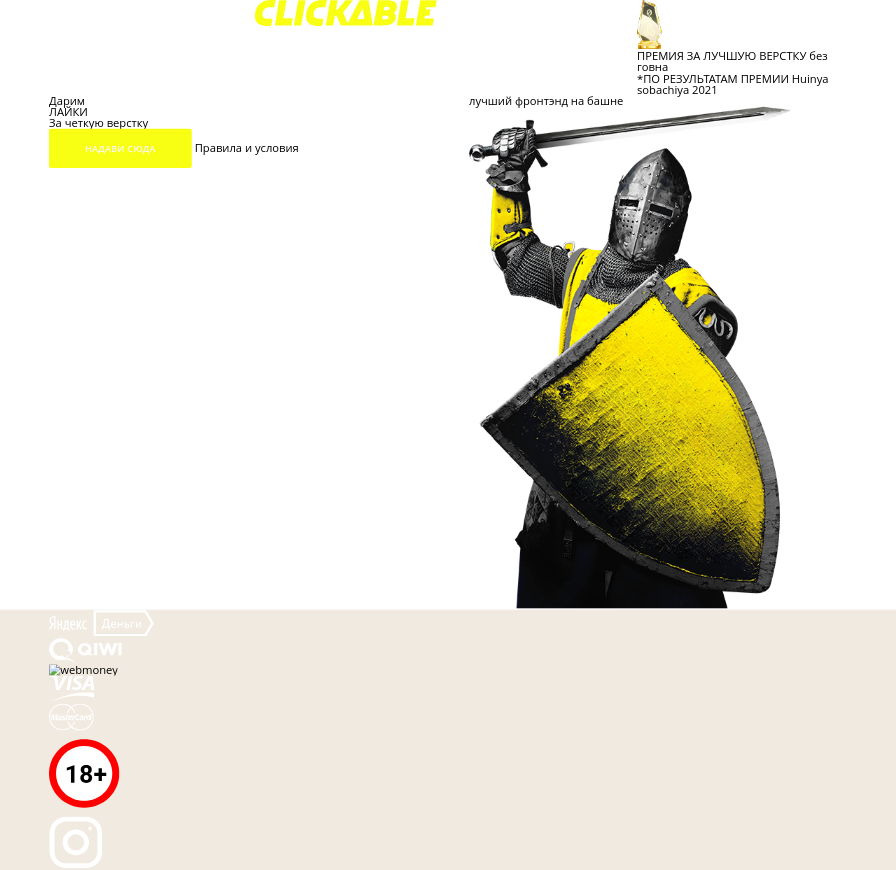
Repository: stanislavExtE/clickable_test
Page: app/index.html
These files come from the project's save history. The page is drawn as it stood at one moment and after the next save; the edit follows.
The browser window is 1280 px wide. The pictures show the part of the page from y = 0 to 1920 px (the page is 1243 px tall before and 4669 px after), at 70% of full size.
Some web fonts or font styles are not loaded; a fallback is used. The style sheet was rebuilt from its Sass, Less or Tailwind sources for each picture, by a compiler version that may differ from the author's.

Above is the page before, as saved 2021-01-12 17:16:40.

### app/index.html
<!DOCTYPE html>
<html xmlns="http://www.w3.org/1999/xhtml" lang="en">

<head>
	<meta http-equiv="Content-Type" content="text/html; charset=utf-8" />
	<meta name="format-detection" content="telephone=no">
	<meta name="viewport" content="width=device-width, initial-scale=1, maximum-scale=1">
	<title>Clickable - лучший фронтенд на башне</title>
	<link rel="icon" type="image/x-icon" href="favicon.ico" />
	<link rel="stylesheet" type="text/css" href="css/style.css" />
</head>

<body class="loaded">


	<!-- BEGIN BODY -->

	<div class="main-wrapper">

		<!-- BEGIN CONTENT -->

		<main class="content">
			<section class="info-section">
				<div class="wrapper">
					<div class="info">
						<a href="#" class="logo info__logo">
							<img src="img/logo.svg" alt="logo" class="logo__img">
						</a>
						<div class="slogan info__slogan">
							<div class="slogan__text">лучший фронтэнд на башне  </div>
							<img src="img/knight.png" alt="" class="slogan__knight">
						</div>
						<div class="cta info__cta">
							<div class="cta__title">
								Дарим
								<span class="accent" data-accent-word='Л'>
									<div class="accent__text">ЛАЙКИ</div>
								</span>
								За четкую верстку
							</div>
							<div class="cta__button-box">
								<a href="#" class="btn cta__btn">надави сюда</a>
								<a href="#" class="link cta__rules-link">Правила и условия</a>
							</div>
						</div>
						<div class="award info__award">
							<div class="award__prize">
								<img src="img/award.png" alt="award" class="award__prize-img">
							</div>
							<div class="award__info">
								<div class="award__title">ПРЕМИЯ ЗА ЛУЧШУЮ ВЕРСТКУ без говна</div>
								<div class="award__description">*ПО РЕЗУЛЬТАТАМ ПРЕМИИ Huinya sobachiya 2021</div>
							</div>
						</div>
						<div class="balls">
							<img src="img/ball.svg" alt="ball" class="ball ball_lg-size">
							<img src="img/ball.svg" alt="ball" class="ball">
							<img src="img/ball.svg" alt="ball" class="ball ball_sm">
						</div>
					</div>
				</div>
			</section>
		</main>

		<!-- CONTENT EOF   -->

		<!-- BEGIN HEADER -->

		<!-- <header class="header">
			<div class="wrapper"></div>
		</header> -->

		<!-- HEADER EOF   -->

		<!-- BEGIN FOOTER -->

		<footer class="footer">
			<div class="wrapper footer__wrapper">
				<div class="payments">
					<div class="payment"><img src="img/icons/yandex_money.svg" alt="yandex_money" class="payment-img"></div>
					<div class="payment"><img src="img/icons/qiwi.svg" alt="qiwi" class="payment-img"></div>
					<div class="payment"><img src="img/icons/webmoney.svg" alt="webmoney" class="payment-img"></div>
					<div class="payment"><img src="img/icons/visa.svg" alt="visa" class="payment-img"></div>
					<div class="payment"><img src="img/icons/mastercard.svg" alt="mastercard" class="payment-img"></div>
				</div>
				<div class="icons">
					<div class="icon"><img src="img/icons/pegi_18.svg" alt="pegi_18" class="icon__img"></div>
					<a href="#" class="icon"><img src="img/icons/insta.svg" alt="instagram" class="icon__img"></a>
				</div>
			</div>
		</footer>

		<!-- FOOTER EOF   -->

	</div>

	<div class="icon-load"></div>

	<!-- BODY EOF   -->

	<script src="js/jquery-3.5.1.min.js"></script>
	<script src="js/jquery-migrate-3.3.0.min.js"></script>
	<!--
	<script src="js/components/jquery.fancybox.js" ></script>
	<script src="js/components/jquery.formstyler.js" ></script>
	<script src="js/components/slick.js" ></script>
	<script src="js/components/jquery.mCustomScrollbar.js" ></script>
	-->
	<script src="js/custom.js"></script>
</body>

</html>

### app/scss/style.scss
@import "base/_reset";
@import "base/_fonts";
//@import "components/_jquery.formstyler";
//@import "components/_fancybox";
//@import "components/_slick";
//@import "components/_mCustomScrollbar";
@import "components/_bootstrap";
@import "layout/_repetitive";
@import "layout/_header";
@import "layout/_footer";
@import "layout/_content";

### app/scss/base/_reset.scss
@import '../utils/_mixins';
@import '../utils/_variables';

body {
	margin: 0px;
	padding: 0px;
	font-family: $base-font-family;
	background-color: $base-bg;
	height: 100%;
	line-height: 1;
	position: relative;
	font-size: $base-font-size!important;
	-webkit-font-smoothing: antialiased;
	-moz-osx-font-smoothing: grayscale;
}



/*MAIN*/
html, body, div, span, applet, object, iframe, h1, h2, h3, h4, h5, h6, p, blockquote, pre, a, abbr, acronym, address, big, cite, code,
del, dfn, em, img, ins, kbd, q, s, samp, small, strike, strong, sub, sup, tt, var, b, u, i, center, dl, dt, dd, ol, ul, li, fieldset,
form, label, legend, table, caption, tbody, tfoot, thead, tr, th, td, article, aside, canvas, details, embed, figure, figcaption, footer,
header, hgroup, menu, nav, output, ruby, section, summary, time, mark, audio, video {
	margin: 0; padding: 0; border: 0; font-size: 100%; outline: none;
    -webkit-tap-highlight-color: rgba(0, 0, 0, 0);

}

/* HTML5 display-role reset for older browsers */
article, aside, details, figcaption, figure, footer, header, hgroup, menu, nav, section, main {
	display: block;
}
blockquote, q {
	quotes: none;
}
blockquote:before,
blockquote:after,
q:before,
q:after {
	content: '';
	content: none;
}

table {
	border-collapse: collapse;
	border-width: 0px;
	padding: 0px;
	margin: 0px;
}

html {
	height: 100%;
	-webkit-text-size-adjust: none;
	-ms-text-size-adjust: none;
}

input,
textarea {
	color: #333;
	font-family: $base-font-family;
	outline: none;
	border-radius: 0;
	-moz-border-radius: 0;
	-webkit-border-radius: 0;
	-webkit-appearance: none;
    border: none;
}

input[type="button"],
input[type="submit"],
button {
	cursor: pointer
}

input[type=number]::-webkit-inner-spin-button,
input[type=number]::-webkit-outer-spin-button {
  -webkit-appearance: none;
  margin: 0;
}

td {
	margin: 0px;
	padding: 0px;
}

ul{
    list-style: none;
    list-style-image: url(data:[embedded picture, 78 characters]);
}

form {
	padding: 0px;
	margin: 0px;
}

img{
    max-width: 100%;
}

a {
    color: inherit;
	text-decoration: none;
	outline: none;
    @include transition($default-transition);
}

a,
span,
div,
button {
	outline: none!important
}
input[type="search"]::-webkit-search-decoration,
input[type="search"]::-webkit-search-cancel-button,
input[type="search"]::-webkit-search-results-button,
input[type="search"]::-webkit-search-results-decoration {
  -webkit-appearance:none;
}
input[type=submit],
input[type=button],
button {
	-webkit-appearance: none;
	outline: none;
}

* {
	-webkit-box-sizing: border-box;
	-moz-box-sizing: border-box;
	box-sizing: border-box;
}

*:before,
*:after {
	-webkit-box-sizing: border-box;
	-moz-box-sizing: border-box;
	box-sizing: border-box;
}

.clearfix:after,
.wrapper:after,
.row:after{
	content: ".";
	display: block;
	height: 0;
	clear: both;
	visibility: hidden;
}

### app/scss/utils/_variables.scss
$paddings: 20px;
$min-width: 320px;
$base-wrapp: 1140px;
$max-width: calc(#{$base-wrapp} + #{$paddings} * 2);
$base-bg:#F0EAE1;
$base-font-size: 1rem;
$base-line-height: 1.75rem;
$base-font-family: "Franklin Gothic Book", "Open Sans", Arial, sans-serif;
$custom-font-family: "Franklin Gothic Demi","Open Sans",  Arial, sans-serif;
$default-transition: all 0.4s linear;
$trs: all 0.3s linear;
$trs-wow: all 1s linear;

$ff-book: $base-font-family;
$ff-demi: $custom-font-family;


$shadow: 2px 6px 20px rgba(0, 164, 91, 0.25);
$shadow_light: 2px 6px 20px rgba(0, 164, 91, 0.10);

//breakpoints
$xs: 567px;
$sm: 767px;
$md: 991px;
$lg: 1279px;
$xl: 1435px;

/* main variables */

$col-1: #f8ff13;
$col-2: #F0EAE1;
$col-3: #0A0A0A;
$col-4: #fff;
$col-5: #161616;
$col-6: #bbbbbb;
$col-7: #7e7e7e;

$bg-1:rgba(#fff, .1);

$bd: rgba(187, 187, 187, 0.5);

//text, titles
$tc-1: #303030;
$tc-2: #fff;
$tc-3: $col-1;
$tc-4: $col-5;
$title-main-color: #fff;
$title-color: #fff;


$font-size-h1: 36px;
$line-height-h1: 49px;
$font-size-h2: 36px;
$line-height-h2: 49px;
$font-size-h3: 36px;
$line-height-h3: 49px;
$font-size-h4: 18px;
$line-height-h4: 24px;

$f-s-xs: 14px;
$lh-xs: 14px;
$f-s-sm: 16px;
$lh-sm: 22px;
$f-s-md: 28px;
$lh-md: 38px;
$f-s-lg: 30px;
$lh-lg: 30px;

$f-s-big-xs: 34px;
$f-s-big-sm: 40px;
$f-s-big-md: 50px;
$lh-big-md: 62px;
$f-s-big-lg: 100px;
$lh-big-lg: 110px;
$f-s-big-xl: 110px;
$lh-big-xl: 90px;

### app/scss/base/_fonts.scss

@font-face {
    font-family: 'icomoon';
    src:  url('../fonts/icomoon.eot?lkjq6z');
    src:  url('../fonts/icomoon.eot?lkjq6z#iefix') format('embedded-opentype'),
      url('../fonts/icomoon.ttf?lkjq6z') format('truetype'),
      url('../fonts/icomoon.woff?lkjq6z') format('woff'),
      url('../fonts/icomoon.svg?lkjq6z#icomoon') format('svg');
    font-weight: normal;
    font-style: normal;
    font-display: block;
  }

  [class^="icon-"], [class*=" icon-"] {
    /* use !important to prevent issues with browser extensions that change fonts */
    font-family: 'icomoon' !important;
    speak: never;
    font-style: normal;
    font-weight: normal;
    font-variant: normal;
    text-transform: none;
    line-height: 1;

    /* Better Font Rendering =========== */
    -webkit-font-smoothing: antialiased;
    -moz-osx-font-smoothing: grayscale;
  }

  .icon-arrow-right:before {
    content: "\e900";
  }
  .icon-arrow-right-2:before {
    content: "\e901";
  }
  .icon-caret:before {
    content: "\e902";
  }
  .icon-caret-right:before {
    content: "\e903";
  }
  .icon-cursor:before {
    content: "\e904";
  }
  .icon-fb:before {
    content: "\e905";
  }
  .icon-mail:before {
    content: "\e906";
  }
  .icon-search:before {
    content: "\e907";
    color: #6d6d6d;
  }
  .icon-tel:before {
    content: "\e908";
  }
  .icon-time:before {
    content: "\e909";
  }
  .icon-cross:before {
    content: "\ea0f";
  }



@font-face {
    font-family: 'Franklin Gothic Demi';
    src: url('../fonts/FranklinGothic-Demi.eot');
    src: url('../fonts/FranklinGothic-Demi.eot?#iefix') format('embedded-opentype'),
        url('../fonts/FranklinGothic-Demi.woff2') format('woff2'),
        url('../fonts/FranklinGothic-Demi.woff') format('woff'),
        url('../fonts/FranklinGothic-Demi.ttf') format('truetype');
    font-weight: normal;
    font-style: normal;
    font-display: swap;
}

@font-face {
    font-family: 'Franklin Gothic Book';
    src: url('../fonts/FranklinGothic-Book.eot');
    src: url('../fonts/FranklinGothic-Book.eot?#iefix') format('embedded-opentype'),
        url('../fonts/FranklinGothic-Book.woff2') format('woff2'),
        url('../fonts/FranklinGothic-Book.woff') format('woff'),
        url('../fonts/FranklinGothic-Book.ttf') format('truetype');
    font-weight: normal;
    font-style: normal;
    font-display: swap;
}

### app/scss/components/_bootstrap.scss
/*!
 * Generated using the Bootstrap Customizer (https://getbootstrap.com/docs/3.4/customize/)
 *//*!
 * Bootstrap v3.4.1 (https://getbootstrap.com/)
 * Copyright 2011-2019 Twitter, Inc.
 * Licensed under MIT (https://github.com/twbs/bootstrap/blob/master/LICENSE)
 *//*! normalize.css v3.0.3 | MIT License | github.com/necolas/normalize.css */.row{margin-right:-15px;margin-left:-15px}.row-no-gutters{margin-right:0;margin-left:0}.row-no-gutters [class*="col-"]{padding-right:0;padding-left:0}.col-xs-1, .col-sm-1, .col-md-1, .col-lg-1, .col-xs-2, .col-sm-2, .col-md-2, .col-lg-2, .col-xs-3, .col-sm-3, .col-md-3, .col-lg-3, .col-xs-4, .col-sm-4, .col-md-4, .col-lg-4, .col-xs-5, .col-sm-5, .col-md-5, .col-lg-5, .col-xs-6, .col-sm-6, .col-md-6, .col-lg-6, .col-xs-7, .col-sm-7, .col-md-7, .col-lg-7, .col-xs-8, .col-sm-8, .col-md-8, .col-lg-8, .col-xs-9, .col-sm-9, .col-md-9, .col-lg-9, .col-xs-10, .col-sm-10, .col-md-10, .col-lg-10, .col-xs-11, .col-sm-11, .col-md-11, .col-lg-11, .col-xs-12, .col-sm-12, .col-md-12, .col-lg-12{position:relative;min-height:1px;padding-right:15px;padding-left:15px}.col-xs-1, .col-xs-2, .col-xs-3, .col-xs-4, .col-xs-5, .col-xs-6, .col-xs-7, .col-xs-8, .col-xs-9, .col-xs-10, .col-xs-11, .col-xs-12{float:left}.col-xs-12{width:100%}.col-xs-11{width:91.66666667%}.col-xs-10{width:83.33333333%}.col-xs-9{width:75%}.col-xs-8{width:66.66666667%}.col-xs-7{width:58.33333333%}.col-xs-6{width:50%}.col-xs-5{width:41.66666667%}.col-xs-4{width:33.33333333%}.col-xs-3{width:25%}.col-xs-2{width:16.66666667%}.col-xs-1{width:8.33333333%}@media (min-width:768px){.col-sm-1, .col-sm-2, .col-sm-3, .col-sm-4, .col-sm-5, .col-sm-6, .col-sm-7, .col-sm-8, .col-sm-9, .col-sm-10, .col-sm-11, .col-sm-12{float:left}.col-sm-12{width:100%}.col-sm-11{width:91.66666667%}.col-sm-10{width:83.33333333%}.col-sm-9{width:75%}.col-sm-8{width:66.66666667%}.col-sm-7{width:58.33333333%}.col-sm-6{width:50%}.col-sm-5{width:41.66666667%}.col-sm-4{width:33.33333333%}.col-sm-3{width:25%}.col-sm-2{width:16.66666667%}.col-sm-1{width:8.33333333%}}@media (min-width:992px){.col-md-1, .col-md-2, .col-md-3, .col-md-4, .col-md-5, .col-md-6, .col-md-7, .col-md-8, .col-md-9, .col-md-10, .col-md-11, .col-md-12{float:left}.col-md-12{width:100%}.col-md-11{width:91.66666667%}.col-md-10{width:83.33333333%}.col-md-9{width:75%}.col-md-8{width:66.66666667%}.col-md-7{width:58.33333333%}.col-md-6{width:50%}.col-md-5{width:41.66666667%}.col-md-4{width:33.33333333%}.col-md-3{width:25%}.col-md-2{width:16.66666667%}.col-md-1{width:8.33333333%}}@media (min-width:1200px){.col-lg-1, .col-lg-2, .col-lg-3, .col-lg-4, .col-lg-5, .col-lg-6, .col-lg-7, .col-lg-8, .col-lg-9, .col-lg-10, .col-lg-11, .col-lg-12{float:left}.col-lg-12{width:100%}.col-lg-11{width:91.66666667%}.col-lg-10{width:83.33333333%}.col-lg-9{width:75%}.col-lg-8{width:66.66666667%}.col-lg-7{width:58.33333333%}.col-lg-6{width:50%}.col-lg-5{width:41.66666667%}.col-lg-4{width:33.33333333%}.col-lg-3{width:25%}.col-lg-2{width:16.66666667%}.col-lg-1{width:8.33333333%}}.clearfix:before,.clearfix:after,.container:before,.container:after,.container-fluid:before,.container-fluid:after,.row:before,.row:after{display:table;content:" "}.clearfix:after,.container:after,.container-fluid:after,.row:after{clear:both}.center-block{display:block;margin-right:auto;margin-left:auto}

### app/scss/layout/_repetitive.scss
.main-wrapper {
    padding: 0 0 0 0;
    min-width: $min-width;
    width: 100%;
    position: relative;
    overflow: hidden;
    min-height: 100%;
    display: -webkit-box;
    display: -moz-box;
    display: -ms-flexbox;
    display: -webkit-flex;
    display: flex;
    flex-direction: column;
    -webkit-flex-direction: column;
    -ms-flex-direction: column;
    justify-content: flex-start;
    -webkit-justify-content: flex-start;
    -ms-flex-pack: start;
}

.wrapper {
    max-width: $max-width;
    padding: 0 $paddings 0 $paddings;
    margin: 0 auto;
    position: relative;
}

/* titles */

/* text position */
.text-left {
    text-align: left !important
}

.text-center {
    text-align: center !important
}

.text-right {
    text-align: right !important
}

.nowrap {
    white-space: nowrap !important;
}


/* loader */
.loaded .main-wrapper {
    opacity: 0;
}

.icon-load {
    background: url(../img/loader.gif) no-repeat left top;
    width: 40px;
    height: 40px;
    position: fixed;
    left: 50%;
    top: 50%;
    margin-left: -20px;
    margin-left: -20px;
    display: none;
}

.loaded .icon-load {
    display: block;
}


.scrollDisabled {
    overflow: hidden;
    position: fixed !important;
    margin-top: 0;
    width: 100%;
    z-index: 0;

    @include br-p(992px, min) {
        padding-right: 17px;
    }

    .ios {
        padding-right: 0;
    }
}


.d-hide {
    display: none;
}

@include br-p($lg) {
    .lg-hide {
        display: none !important
    }

    .lg-show {
        display: block !important
    }

    .lg-show_flex {
        display: -ms-flexbox !important;
        display: flex !important
    }

    .lg-show_i-flex {
        display: -ms-inline-flexbox !important;
        display: inline-flex !important
    }
}

@include br-p($md) {
    .md-hide {
        display: none !important
    }

    .md-show {
        display: block !important
    }

    .md-show_flex {
        display: -ms-flexbox !important;
        display: flex !important
    }

    .md-show_i-flex {
        display: -ms-inline-flexbox !important;
        display: inline-flex !important
    }
}

@include br-p($sm) {
    .sm-hide {
        display: none !important
    }

    .sm-show {
        display: block !important
    }

    .sm-show_flex {
        display: -ms-flexbox !important;
        display: flex !important
    }

    .sm-show_i-flex {
        display: -ms-inline-flexbox !important;
        display: inline-flex !important
    }
}

@include br-p($xs) {
    .xs-hide {
        display: none !important
    }

    .xs-show {
        display: block !important
    }

    .xs-show_flex {
        display: -ms-flexbox !important;
        display: flex !important
    }

    .xs-show_i-flex {
        display: -ms-inline-flexbox !important;
        display: inline-flex !important
    }
}



/*
================================================================================
|                                     CONTENT                                 |
================================================================================
*/
.content {
    min-width: $min-width;
    text-align: left;
    width: 100%;
    order: 2;
    -webkit-order: 2;
    flex-grow: 1;
    -webkit-flex-grow: 1;
    background: #fff;
}


.title{

    &_xs{

    }
}

.text {


    &_sm {
        font-size: 14px;
    }

    &_md {}
}

.btn {
    display: inline-flex;
    justify-content: center;
    align-items: center;
    font-family: $ff-demi;
    font-weight: 600;
    font-size: 13px;
    line-height: 15px;
    letter-spacing: 0.02em;
    text-transform: uppercase;
    width: 100%;
    max-width: 204px;
    min-height: 56px;
    color: #F9F9F9;
    background: $col-1;
    border-radius: 3px;

    i {
        margin-left: 10px;
        font-size: 7px;
    }

    @include br-p(992px, min){

        &:hover{
            background: darken($col-1, 10%);
        }
    }
}




@include br-p($xl) {}

@include br-p($lg) {}

@include br-p($md) {}

@include br-p($sm) {}

@include br-p($xs) {}

@include br-p(419px) {}

### app/scss/layout/_header.scss

/*
================================================================================
|                                     HEADER                                   |
================================================================================
*/
.header{
	width:100%;
	min-width: $min-width;
	text-align:left;
	order: 1;
	-webkit-order: 1;
	position: fixed;
	left: 0;
	width: 100%;
	top: 0;
	z-index: 3;
	box-shadow: transparent;
}





@include br-p($xl) {

}

@include br-p($lg) {

}
@include br-p($md) {

}
@include br-p($sm) {

}

@include br-p($xs) {



}

@include br-p(419px) {


}

@include br-p(359px) {

}

### app/scss/layout/_footer.scss

/*
================================================================================
|                                     FOOTER                                   |
================================================================================
*/
.footer{
	text-align:left;
	width:100%;
	min-width: $min-width;
	order: 3;
	-webkit-order: 3;
}


@include br-p($xl) {

}

@include br-p($lg) {

}
@include br-p($md) {

}
@include br-p($sm) {

}

@include br-p($xs) {

}

@include br-p(419px) {

}

### app/scss/layout/_content.scss
//main styles
// @import "sections/_name";



.logo {
    max-width: 260px;
    display: block;
}


.slogan {


    &__text {}

    &__knight {}
}

.cta {


    &__title {}

    &__button-box {}

    &__btn {}

    &__rules-link {}
}

.award {

    &__info {}

    &__prize {


        &-img {}
    }

    &__title {}

    &__description {}
}

.info {
    display: flex;
    flex-wrap: wrap;
    justify-content: space-between;

    &__logo {
        @include br-p(767px, min) {
            order: 1;
            flex: 0 0 260px;
        }
    }

    &__slogan{
        @include br-p(767px, min) {
            order: 4;
            flex: 0 0 calc(100% - 600px);
        }
    }

    &__cta{
        @include br-p(767px, min) {
            order: 3;
            flex: 0 0 600px;
        }
    }

    &__award{
        @include br-p(767px, min) {
            order: 2;
            flex: 0 0 300px;
        }

    }
}


.balls {}

.ball {}



@include br-p($xl) {}

@include br-p($lg) {}

@include br-p($md) {}

@include br-p($sm) {}

@include br-p($xs) {}

@include br-p(419px) {}

Loaded but not shown: app/js/jquery-3.5.1.min.js (library); app/js/jquery-migrate-3.3.0.min.js (library); app/img/icons/mastercard.svg (6 lines, source omitted); app/img/icons/webmoney.svg (115 lines, source omitted); app/img/icons/yandex_money.svg (4 lines, source omitted); app/img/icons/qiwi.svg (3 lines, source omitted); app/img/icons/insta.svg (3 lines, source omitted); app/img/icons/pegi_18.svg (5 lines, source omitted); app/img/logo.svg (24 lines, source omitted); app/img/icons/visa.svg (3 lines, source omitted); app/js/custom.js (95 lines, source omitted); app/scss/utils/_mixins.scss (259 lines, source omitted)

After the next save:
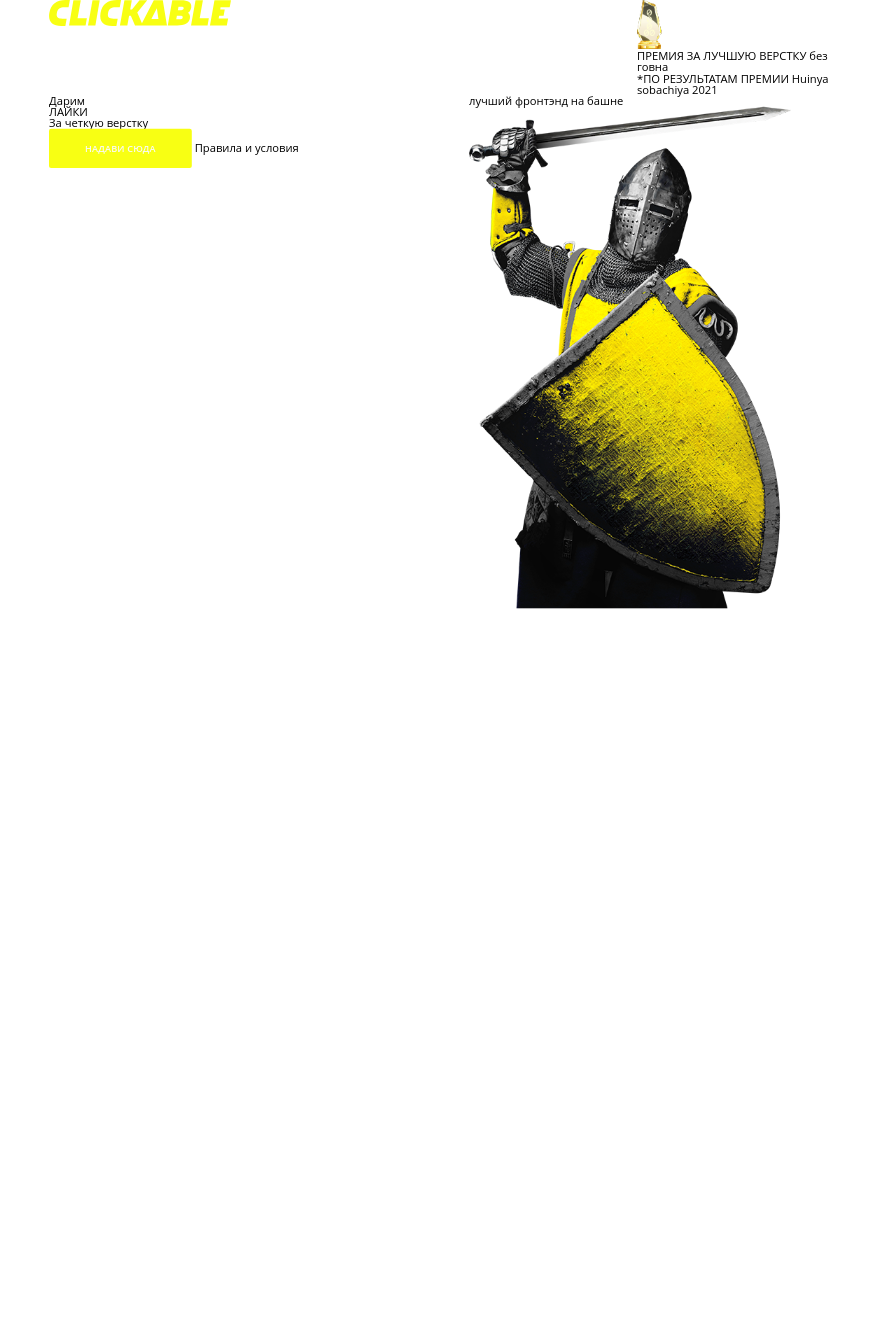
Saved 38 s later.
--- a/app/index.html
+++ b/app/index.html
@@ -52,11 +52,11 @@
 								<div class="award__description">*ПО РЕЗУЛЬТАТАМ ПРЕМИИ Huinya sobachiya 2021</div>
 							</div>
 						</div>
-						<div class="balls">
-							<img src="img/ball.svg" alt="ball" class="ball ball_lg-size">
-							<img src="img/ball.svg" alt="ball" class="ball">
-							<img src="img/ball.svg" alt="ball" class="ball ball_sm">
-						</div>
+					</div>
+					<div class="balls">
+						<img src="img/ball.svg" alt="ball" class="ball ball_lg-size">
+						<img src="img/ball.svg" alt="ball" class="ball">
+						<img src="img/ball.svg" alt="ball" class="ball ball_sm">
 					</div>
 				</div>
 			</section>
